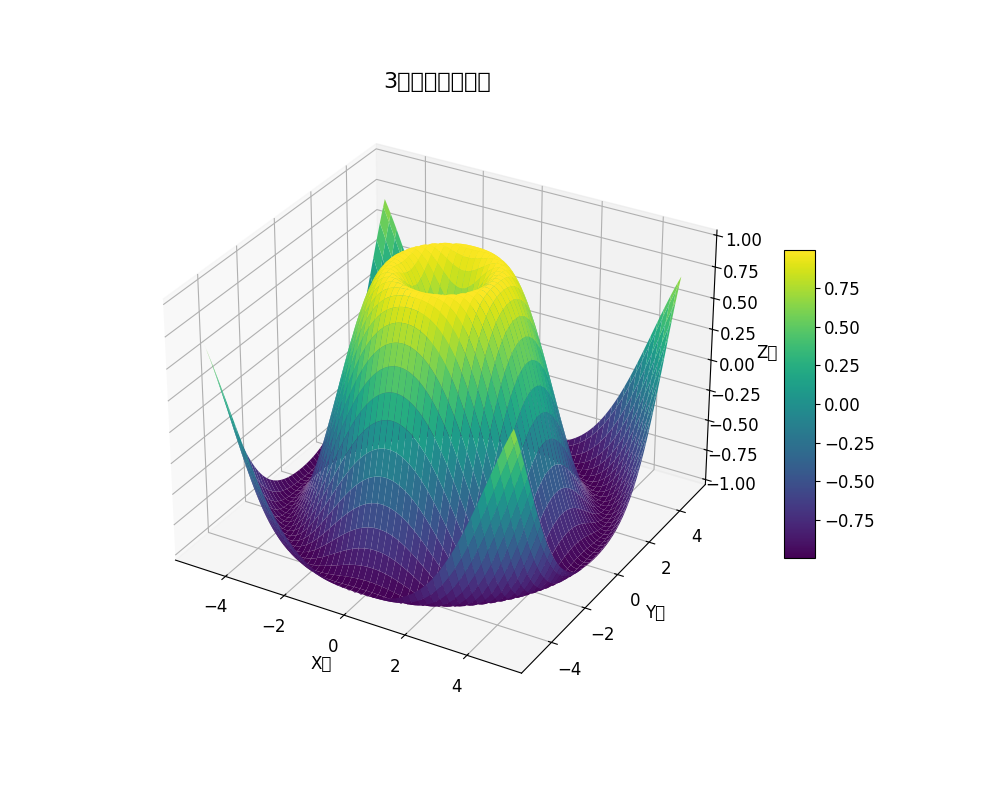
Repository: gouyamada/draw_surface
Script's output: python src/draw_surface.py
The author's editor kept a copy of each file at every save. The script's output is drawn from the files as they stood at one save, then again after the next save.
Random numbers start from a fixed seed.

Above is the script's output before, as saved 2025-07-28 13:06:11.

After the next save:
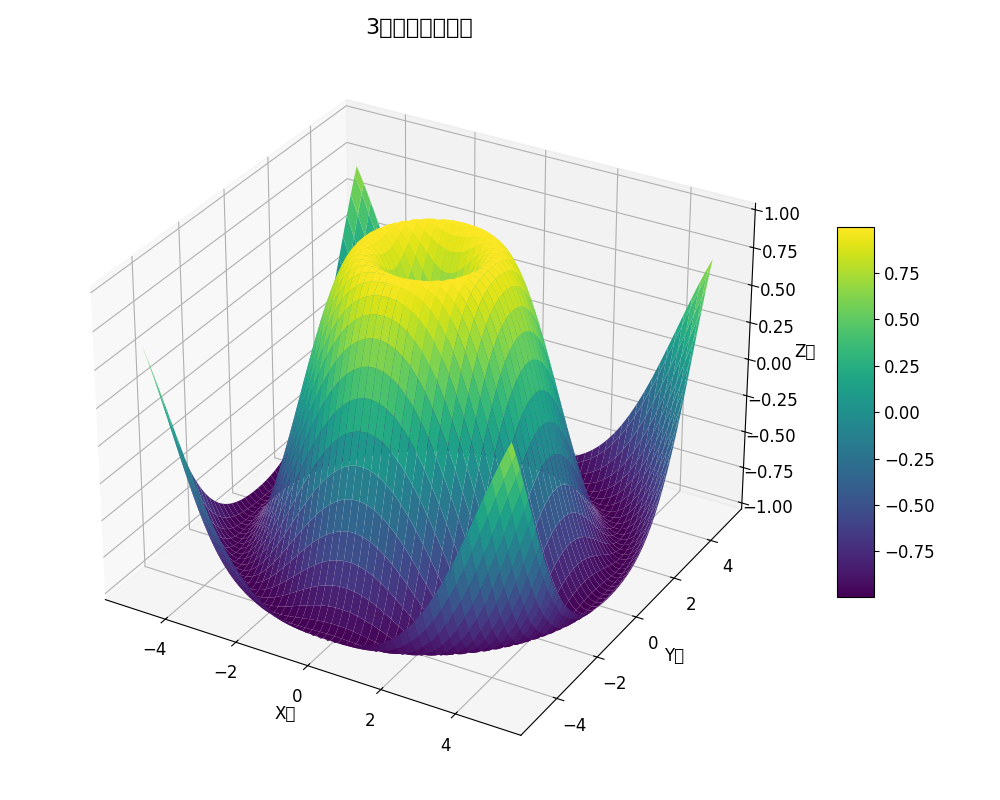
Saved 16 s later.
--- a/src/draw_surface.py
+++ b/src/draw_surface.py
@@ -41,7 +41,7 @@ def draw_surface():
 
     # 曲面の色を設定する
     fig.colorbar(surf, shrink=0.5, aspect=10)
-    fig.tight_layout
+    fig.tight_layout()
 
     plt.show()
 
